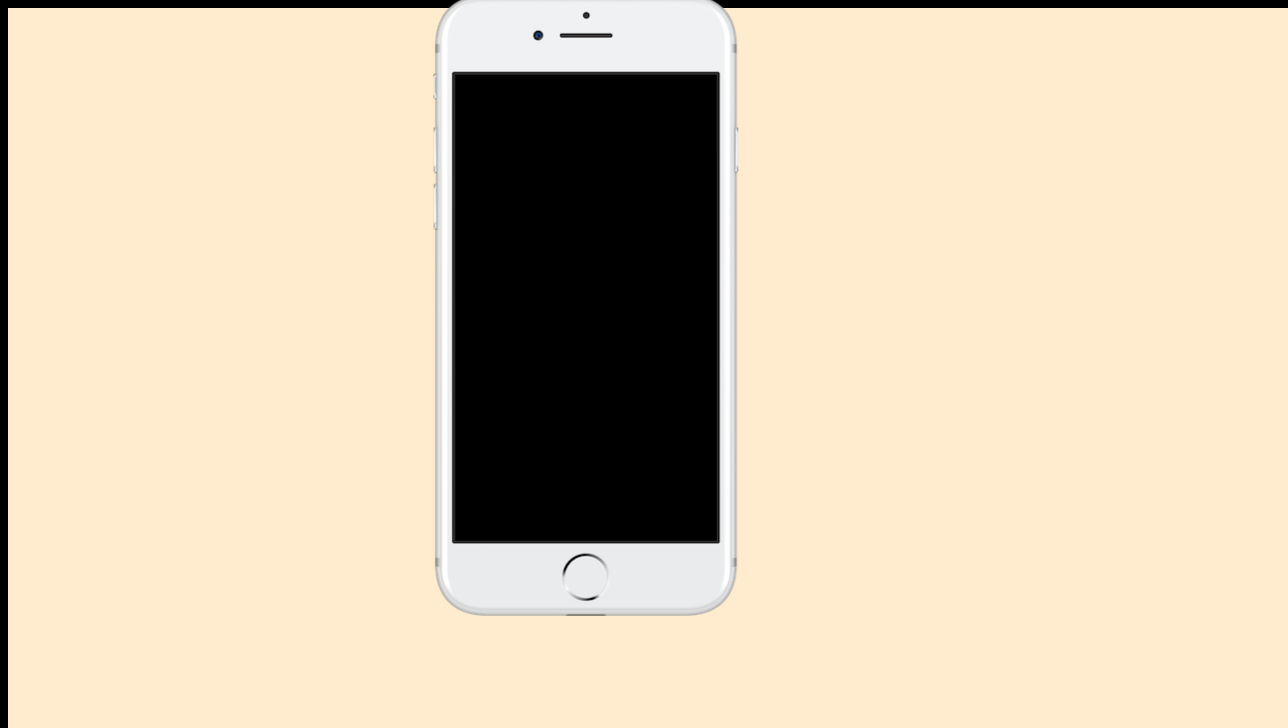
Repository: DorivalJunior14/Projeto-social
Page: index.html
An editor plug-in stored every save of this project. The page is shown before and after the next save, followed by the edit.
The browser window is 1280 px wide. The page is 1288 px wide, so the pictures cover 1288 px, including what lies to the right of the window. The pictures show the whole page.

Above is the page before, as saved 2022-06-24 14:07:32.

### index.html
<!DOCTYPE html>
<html lang="pt-br">
<head>
    <meta charset="UTF-8">
    <meta http-equiv="X-UA-Compatible" content="IE=edge">
    <meta name="viewport" content="width=device-width, initial-scale=1.0">
    <link rel="shortcut icon" href="favicon.ico" type="image/x-icon">
    <link rel="stylesheet" href="estilos/style.css">
    <title>Projeto redes sociais</title>

</head>
<body>
  <main>
    <section id="telefone">
    </section>
    <section id="redes-sociais">
    </section>
  </main>
</body>
</html>

### estilos/style.css
@charset "UTF-8"

*{
    margin: 0px;
    padding: 0px;
    font-family: Arial, Helvetica, sans-serif;
}

html, body {
    height: 100vh;
    width: 100vw;
    background-color: black;

}

main {
    position: relative;
    height: 100vh;
    background-color: blanchedalmond;
}

section#telefone {
    position: absolute;
    top: 50%;
    left: 50%;
    transform: translate(-70%,-60%);
    height: 627px;
    width: 311px;
    background-color: blue;
    background: url('../imagens/frame-iphone.png');
    transform: translate(-50%,-50%);
    -webkit-transform: translate(-70%,-60%);
    -moz-transform: translate(-70%,-60%);
    -ms-transform: translate(-70%,-60%);
    -o-transform: translate(-70%,-60%);
}

After the next save:
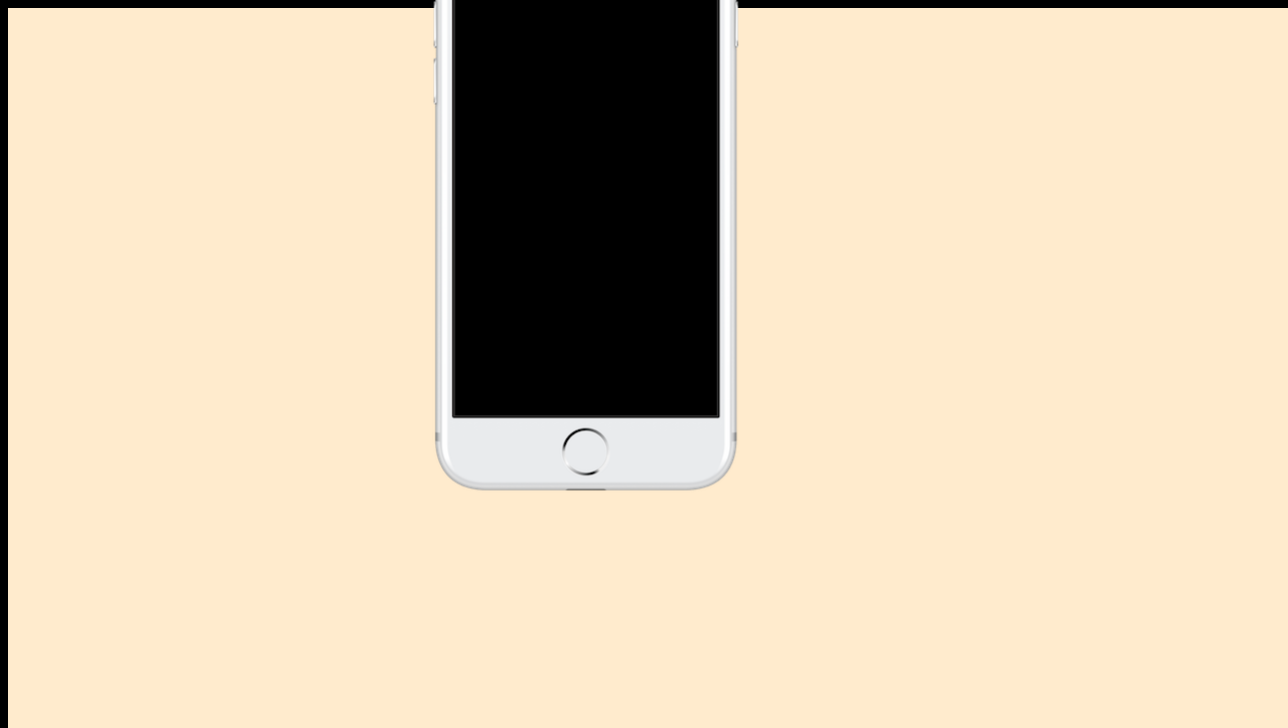
Saved 16 s later.
--- a/estilos/style.css
+++ b/estilos/style.css
@@ -23,14 +23,14 @@ section#telefone {
     position: absolute;
     top: 50%;
     left: 50%;
-    transform: translate(-70%,-60%);
+    transform: translate(-70%,-80%);
     height: 627px;
     width: 311px;
     background-color: blue;
     background: url('../imagens/frame-iphone.png');
     transform: translate(-50%,-50%);
-    -webkit-transform: translate(-70%,-60%);
-    -moz-transform: translate(-70%,-60%);
-    -ms-transform: translate(-70%,-60%);
-    -o-transform: translate(-70%,-60%);
+    -webkit-transform: translate(-70%,-80%);
+    -moz-transform: translate(-70%,-80%);
+    -ms-transform: translate(-70%,-80%);
+    -o-transform: translate(-70%,-80%);
 }
